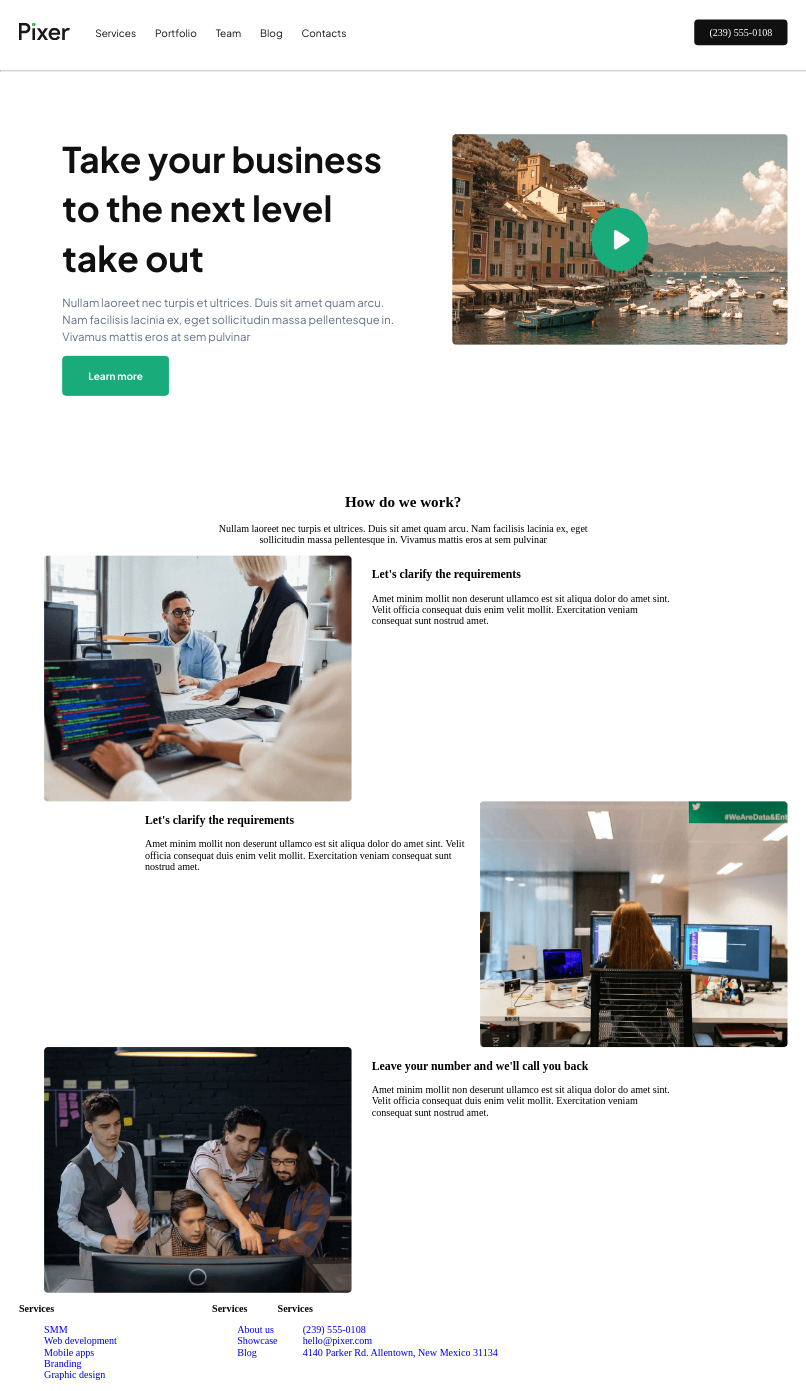
Repository: UlugbekAbdurasulov/pixar
Page: index.html
These files come from the project's save history. The page is drawn as it stood at one moment and after a run of saves; the edit follows.
The browser window is 1280 px wide. The pictures show the whole page, at 63% of full size.

Above is the page before, as saved 2023-06-05 02:14:39.

### index.html
<!DOCTYPE html>
<html lang="en">
  <head>
    <meta charset="UTF-8" />
    <meta http-equiv="X-UA-Compatible" content="IE=edge" />
    <meta name="viewport" content="width=device-width, initial-scale=1.0" />

    <link rel="stylesheet" href="./css/main.css" />
    <title>Imthon</title>
  </head>
  <body>
    <header class="navbar">
      <div class="container">
        <div class="navbar-box">
          <div class="navvar-right">
            <a href="#"
              ><img
                src="./image/logo.svg"
                width="81"
                height="28"
                alt="pixer campaign lagatip"
            /></a>

            <nav class="navbar-naving">
              <ul class="navvar-helper">
                <li class="navbar-menu">
                  <a class="navbar-menu-link" href="#"><p>Services</p></a>
                </li>
                <li class="navbar-menu">
                  <a class="navbar-menu-link" href="#"><p>Portfolio</p></a>
                </li>
                <li class="navbar-menu">
                  <a class="navbar-menu-link" href="#"><p>Team</p></a>
                </li>
                <li class="navbar-menu">
                  <a class="navbar-menu-link" href="#"><p>Blog</p></a>
                </li>
                <li class="navbar-menu">
                  <a class="navbar-menu-link" href="#"><p>Contacts</p></a>
                </li>
              </ul>
            </nav>
          </div>
          <div class="navbar-link">
            <a class="navbar-enker" href="tel:2395550108">(239) 555-0108 </a>
          </div>
        </div>
      </div>
    </header>
    <hr />


        <div class="container">
            <div  class="hero">
                <div class="hero-wrapper">
                    <div class="hero-wrapper-information">
                        <h1 class="hero-wrapper-footer">
                            Take your   business to the next level take out
                        </h1>
                        <p class="hero-wrapper-text">
                            Nullam laoreet nec turpis et ultrices. Duis sit amet quam arcu. Nam facilisis lacinia ex, eget sollicitudin massa pellentesque in. Vivamus mattis eros at sem pulvinar
                        </p>
                       <a class="hero-wrapper-enker" href="#">Learn more</a>
                    </div>
                    <img src="./image/You-Tube.png" width="532" height="334" alt="">
                </div>
            </div>
</div>
    </menu>
    <section>
    <!-- text -->
    </section>


  <section>
    <div class="container">

      <div class="Services">
        <h2>How do we work?</h2>
        <p>Nullam laoreet nec turpis et ultrices. Duis sit amet quam arcu. Nam facilisis lacinia ex, eget sollicitudin massa pellentesque in. Vivamus mattis eros at sem pulvinar</p>
      </div>
   <ul>
    <li class="services-work"><img src="./image/lissining.png" alt=""> <div class="Services-cantent"><h3>Let's clarify the requirements</h3> <p> Amet minim mollit non deserunt ullamco est sit aliqua dolor do amet sint. Velit officia consequat duis enim velit mollit. Exercitation veniam consequat sunt nostrud amet. </p></div></li>
    <li class="services-work roower"><img src="./image/work.png" alt=""> <div class="Services-cantent cantent"><h3>Let's clarify the requirements</h3> <p> Amet minim mollit non deserunt ullamco est sit aliqua dolor do amet sint. Velit officia consequat duis enim velit mollit. Exercitation veniam consequat sunt nostrud amet. </p></div></li>
    <li class="services-work"><img src="./image/team.png" alt=""> <div class="Services-cantent"><h3>Leave your number and we'll call you back</h3> <p> Amet minim mollit non deserunt ullamco est sit aliqua dolor do amet sint. Velit officia consequat duis enim velit mollit. Exercitation veniam consequat sunt nostrud amet. </p></div></li>
   </ul>
    </div>
  </section>

  <footer>


      <div class="sayt-footer-start">

        <div class="container">
<div class="sayt-footer-start-box">
  <div class="sayt-footer-start-services">
    <strong>Services</strong>
    <ul>
      <li><a href="#"> SMM </a></li>
      <li><a href="#"> Web development</a></li>
      <li><a href="#"> Mobile apps </a></li>
      <li><a href="#"> Branding </a></li>
      <li><a href="#"> Graphic design </a></li>
    </ul>

  </div>
  <div class="sayt-footer-start-Resources">
    <strong>Services</strong>
    <ul>
      <li><a href="#">About us</a></li>
      <li><a href="#">Showcase</a></li>
      <li><a href="#">Blog</a></li>
    </ul>

  </div>

  <div class="sayt-footer-start-Connect">
    <strong>Services</strong>
    <ul>
      <li><a href="#">(239) 555-0108</a></li>
      <li><a href="#">hello@pixer.com</a></li>
      <li><a href="#">4140 Parker Rd. Allentown, New Mexico 31134</a></li>

    </ul>

  </div>
</div>

        </div>

      </div>
      <div class="sayt-footer-bottom">
        <div class="container"></div>
      </div>

  </footer>
  </body>
</html>

### css/main.css
/* plus-jakarta-sans-regular - latin */
@font-face {
  font-display: swap; /* Check https://developer.mozilla.org/en-US/docs/Web/CSS/@font-face/font-display for other options. */
  font-family: "Plus Jakarta Sans";
  font-style: normal;
  font-weight: 400;
  src: url("../fontFamly/plus-jakarta-sans-v7-latin-regular.woff2")
      format("woff2"),
    /* Chrome 36+, Opera 23+, Firefox 39+, Safari 12+, iOS 10+ */
      url("../fontFamly/plus-jakarta-sans-v7-latin-regular.woff") format("woff"); /* Chrome 5+, Firefox 3.6+, IE 9+, Safari 5.1+, iOS 5+ */
}

@font-face {
  font-display: swap; /* Check https://developer.mozilla.org/en-US/docs/Web/CSS/@font-face/font-display for other options. */
  font-family: "Plus Jakarta Sans";
  font-style: italic;
  font-weight: 500;
  src: url("../fontFamly/plus-jakarta-sans-v7-latin-500italic.woff2")
      format("woff2"),
    /* Chrome 36+, Opera 23+, Firefox 39+, Safari 12+, iOS 10+ */
      url("../fontFamly/plus-jakarta-sans-v7-latin-500italic.woff")
      format("woff"); /* Chrome 5+, Firefox 3.6+, IE 9+, Safari 5.1+, iOS 5+ */
}

@font-face {
  font-display: swap; /* Check https://developer.mozilla.org/en-US/docs/Web/CSS/@font-face/font-display for other options. */
  font-family: "Plus Jakarta Sans";
  font-style: normal;
  font-weight: 600;
  src: url("../fontFamly/plus-jakarta-sans-v7-latin-600.woff2") format("woff2"),
    /* Chrome 36+, Opera 23+, Firefox 39+, Safari 12+, iOS 10+ */
      url("../fontFamly/plus-jakarta-sans-v7-latin-600.woff") format("woff"); /* Chrome 5+, Firefox 3.6+, IE 9+, Safari 5.1+, iOS 5+ */
}

@font-face {
  font-display: swap; /* Check https://developer.mozilla.org/en-US/docs/Web/CSS/@font-face/font-display for other options. */
  font-family: "Plus Jakarta Sans";
  font-style: normal;
  font-weight: 700;
  src: url("../fontFamly/plus-jakarta-sans-v7-latin-700.woff2") format("woff2"),
    /* Chrome 36+, Opera 23+, Firefox 39+, Safari 12+, iOS 10+ */
      url("../fontFamly/plus-jakarta-sans-v7-latin-700.woff") format("woff"); /* Chrome 5+, Firefox 3.6+, IE 9+, Safari 5.1+, iOS 5+ */
}

* {
  box-sizing: border-box;
  text-decoration: none;
  list-style: none;
}
body {
  margin: 0;
  padding: 0;
  background-color: #fff;
}
.container {
  width: 1260px;
  margin: 0px auto;
  padding: 0 20px;
}
.navbar-box {
  padding-top: 24px;
  padding-bottom: 24px;
  display: flex;
  justify-content: space-between;
  align-items: center;
  margin: 0;
}

.navvar-right {
  display: flex;
  justify-content: center;
  align-items: center;
  margin: 0;
}
.navvar-helper {
  display: flex;
  margin: 0;
}
.navbar-menu {
  margin-right: 30px;
}
.navbar-enker {
  color: #fff;
  margin: auto right;
  background: #101010;
  border-radius: 6px;
  padding: 12px 24px;
  margin-top: 24px;
}
.navbar-menu-link :hover {
  color: #1aab7b;
}
.navbar-menu-link :active {
  color: #1aab7b;
}

.hr {
  background: #ffffff;
  border-bottom: 1px solid #eeeef4;
}
.hero {
  padding-top: 91px;
  padding-bottom: 156px;
}
.hero-wrapper {
  display: flex;
  justify-content: space-between;
  margin: 0;
}
.hero-wrapper-information {
  width: 550px;
  margin: 0 auto;
}

.hero-wrapper-footer {
  font-family: "Plus Jakarta Sans";
  font-style: normal;
  font-weight: 700;
  font-size: 56px;
  line-height: 140%;
  color: #101010;
  margin: 0;
}
.hero-wrapper-text {
  font-family: "Plus Jakarta Sans";
  font-style: normal;
  font-weight: 400;
  font-size: 18px;
  line-height: 150%;
  color: #636f87;

  margin-bottom: 40px;
}

/* .navbar-link{
        margin: 0 auto;
        padding-top: 24px;
    } */
.navbar-menu-link {
  font-family: "Plus Jakarta Sans";
  font-style: normal;
  font-weight: 500;
  font-size: 16px;
  line-height: 150%;

  color: #101010;
}
.hero-wrapper-enker {
  font-family: "Plus Jakarta Sans";
  font-style: normal;
  font-weight: 700;
  font-size: 16px;
  line-height: 120%;

  text-align: center;
  padding: 20px 40px;
  color: #fff;
  border: 1px #1aab7b solid;
  background-color: #1aab7b;
  border-radius: 6px;
}

.hero-wrapper-enker:hover {
  background: #ffffff;
  border: 1.5px solid #1aab7b;
  border-radius: 6px;
  color: #1aab7b;
}
.hero-wrapper-enker :active {
  background-color: #1aab7b;
  opacity: 0.7;
  color: #fff;
}

.Services{
    width: 650px;
    /* margin: 0 auto; */

 margin: 0 auto;
text-align: center;
}
.services-work{
  display: flex;
}
.Services-cantent{
width: 488px;
margin-left: 32px;
}
.roower{
  flex-direction: row-reverse;
}
.cantent{
  width: 532px;
}
.sayt-footer-start-box{
  display: flex;


}
.sayt-footer-start-services{
  margin-right: 151px;
}
.sayt-footer-start-Connect{
  margin: auto right;
}

### image/logo.svg
<svg width="81" height="28" viewBox="0 0 81 28" fill="none" xmlns="http://www.w3.org/2000/svg">
<path d="M0 27.3919V0.303287H9.34316C10.5077 0.295204 11.664 0.499932 12.7556 0.907471C13.7897 1.29072 14.742 1.86772 15.5618 2.6078C16.3947 3.36821 17.057 4.29789 17.5046 5.3351C17.9523 6.3723 18.175 7.49328 18.158 8.62358C18.1698 9.74744 17.9445 10.8611 17.497 11.8913C17.0496 12.9215 16.39 13.8449 15.5618 14.6008C14.7422 15.3412 13.7899 15.9182 12.7556 16.3011C11.6648 16.7088 10.5093 16.9139 9.34542 16.9065H4.25674V27.3862L0 27.3919ZM9.45604 12.8257C10.1017 12.8382 10.7431 12.7171 11.34 12.4697C11.8662 12.2485 12.3409 11.92 12.7341 11.5051C13.1055 11.1105 13.3993 10.649 13.5999 10.1448C13.7961 9.66446 13.8984 9.15069 13.9013 8.63152C13.8979 7.55157 13.4798 6.51456 12.7341 5.73642C12.3077 5.30129 11.7976 4.95789 11.2348 4.72715C10.672 4.49641 10.0684 4.38315 9.46056 4.39429H4.25674V12.8302L9.45604 12.8257Z" fill="#191919"/>
<path d="M21.4734 8.85371V27.3919H25.6556V8.85371H21.4734Z" fill="#191919"/>
<path d="M26.3611 2.83451C26.3674 3.20623 26.2989 3.57538 26.1598 3.91992C26.0208 4.26446 25.814 4.57731 25.5518 4.83977C25.2975 5.10879 24.9903 5.32169 24.6496 5.46494C24.3089 5.60819 23.9422 5.67864 23.573 5.6718V0.000627874C23.9422 -0.00592918 24.3088 0.0646457 24.6494 0.207876C24.9901 0.351106 25.2973 0.563865 25.5518 0.832657C25.8134 1.09484 26.0199 1.40716 26.1589 1.75105C26.2979 2.09495 26.3667 2.4634 26.3611 2.83451Z" fill="#35AF39"/>
<path d="M23.5696 0.000636352V5.67521C23.1955 5.68389 22.8238 5.61441 22.4779 5.47118C22.132 5.32795 21.8195 5.11409 21.5603 4.84318C21.2969 4.58076 21.0891 4.26751 20.9494 3.92231C20.8097 3.5771 20.7411 3.20708 20.7475 2.83452C20.7422 2.46314 20.8114 2.09449 20.9511 1.75055C21.0907 1.40662 21.2979 1.09445 21.5603 0.832666C21.8199 0.562198 22.1324 0.34864 22.4782 0.205443C22.824 0.0622456 23.1956 -0.00748732 23.5696 0.000636352Z" fill="#35AF39"/>
<path d="M34.8486 17.9709L28.481 8.85371H33.3417L37.3343 14.7176H37.4471L41.1722 8.85371H46.2203L39.7781 17.9709L46.3331 27.3919H41.3664L37.3726 21.3387H37.2598L33.2999 27.3919H28.3681L34.8486 17.9709Z" fill="#191919"/>
<path d="M65.2893 22.9653C64.4947 24.4194 63.3552 25.654 61.9717 26.5598C60.5419 27.5196 58.7843 27.9995 56.699 27.9995C55.3882 28.0133 54.088 27.7623 52.8757 27.2615C51.7354 26.7889 50.7032 26.0872 49.8426 25.1996C48.9783 24.302 48.2996 23.2413 47.8458 22.0789C47.3571 20.8192 47.1142 19.4769 47.1301 18.1251C47.1227 16.8268 47.3523 15.5382 47.8074 14.3231C48.2358 13.1637 48.8815 12.0975 49.7094 11.182C50.5737 10.2405 51.6261 9.49271 52.7979 8.98757C53.9696 8.48244 55.2344 8.23133 56.5094 8.25066C57.9392 8.25066 59.214 8.49022 60.3338 8.96934C61.4151 9.42349 62.3856 10.1076 63.1784 10.9746C63.9808 11.8743 64.5899 12.9305 64.9676 14.0771C65.3926 15.3558 65.6028 16.6966 65.5895 18.0446V18.3846C65.5654 18.4964 65.5526 18.6104 65.5512 18.7247C65.5266 18.8237 65.514 18.9253 65.5139 19.0274H51.3123C51.3651 19.8327 51.583 20.6185 51.9524 21.3353C52.2761 21.9571 52.7174 22.5096 53.2516 22.9619C53.7568 23.3856 54.3391 23.7067 54.9663 23.9073C55.562 24.1045 56.1847 24.2066 56.8119 24.21C58.016 24.21 59.0082 23.9202 59.7886 23.3405C60.5665 22.7601 61.2192 22.0274 61.7075 21.1868L65.2893 22.9653ZM61.4073 15.8149C61.3409 15.3791 61.2207 14.9534 61.0495 14.5476C60.85 14.0652 60.5555 13.6284 60.1837 13.2632C59.7461 12.8402 59.2354 12.5006 58.6767 12.2612C58.0619 11.9838 57.315 11.8452 56.436 11.8452C55.2319 11.8452 54.1957 12.2045 53.3273 12.9232C52.4588 13.6418 51.8749 14.6057 51.5753 15.8149H61.4073Z" fill="#191919"/>
<path d="M68.7547 8.85369H72.7055V11.6536H72.9313C73.1688 11.1616 73.4819 10.7102 73.8591 10.316C74.247 9.89965 74.6912 9.54019 75.1787 9.24817C75.6682 8.95657 76.186 8.71577 76.7241 8.5295C77.226 8.34898 77.7544 8.25397 78.2875 8.24837C78.8074 8.23859 79.3264 8.29612 79.8317 8.41954C80.2394 8.52653 80.632 8.68498 81 8.8911L79.7944 12.7123C79.4992 12.5808 79.1891 12.4856 78.8711 12.4289C78.4668 12.3607 78.0573 12.3288 77.6474 12.3337C77.0015 12.3262 76.3626 12.4698 75.7815 12.7531C75.2163 13.0321 74.7108 13.4195 74.2937 13.8935C73.8555 14.3945 73.5168 14.9752 73.2959 15.604C73.0551 16.2746 72.9339 16.9826 72.938 17.6954V27.3918H68.7614L68.7547 8.85369Z" fill="#191919"/>
</svg>

After the next 2 saves:
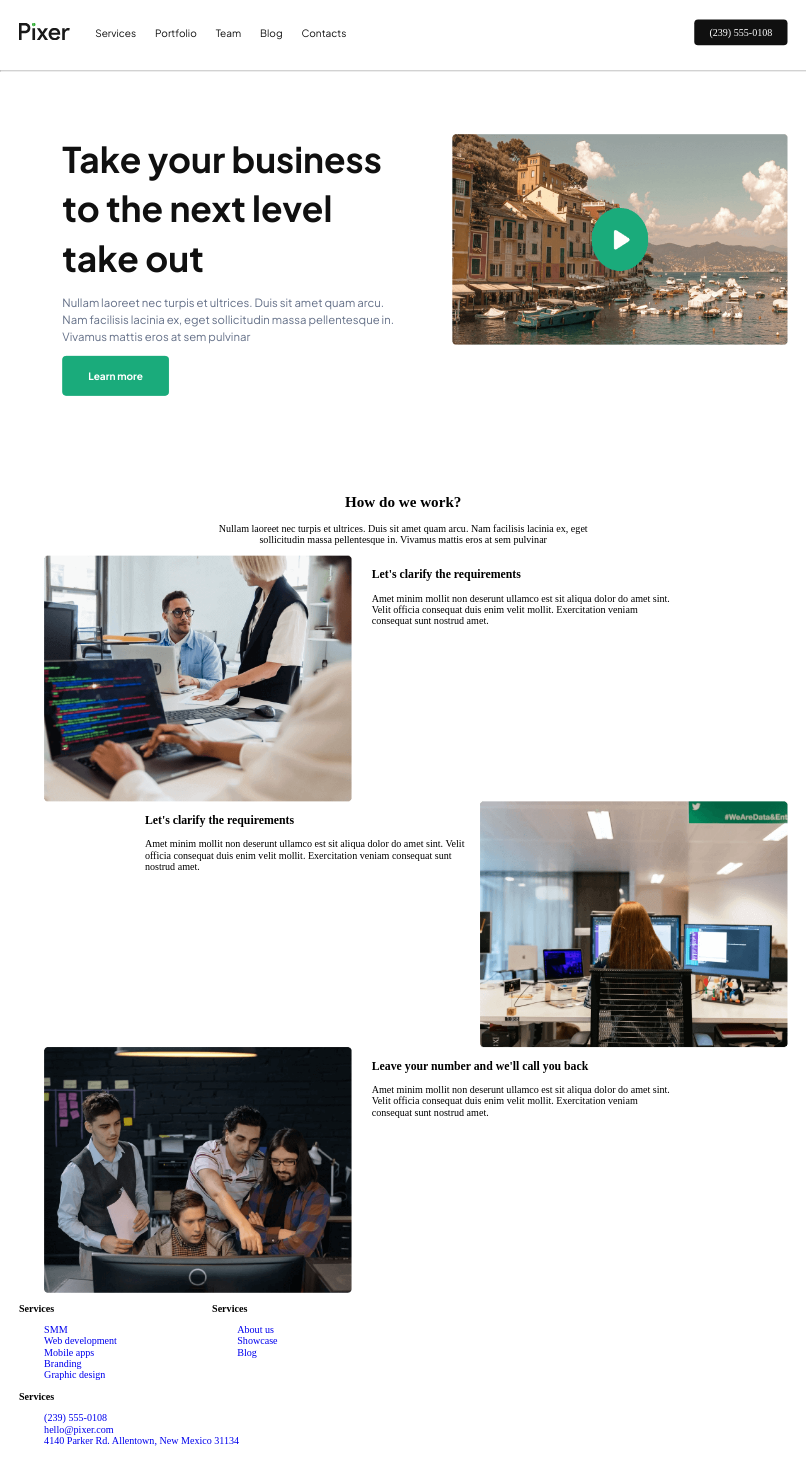
The 2 saves are shown as one change because they came seconds apart.
The last was saved 32 s later.
--- a/index.html
+++ b/index.html
@@ -114,7 +114,7 @@
     </ul>
 
   </div>
-
+</div>
   <div class="sayt-footer-start-Connect">
     <strong>Services</strong>
     <ul>
@@ -125,7 +125,7 @@
     </ul>
 
   </div>
-</div>
+
 
         </div>
 
